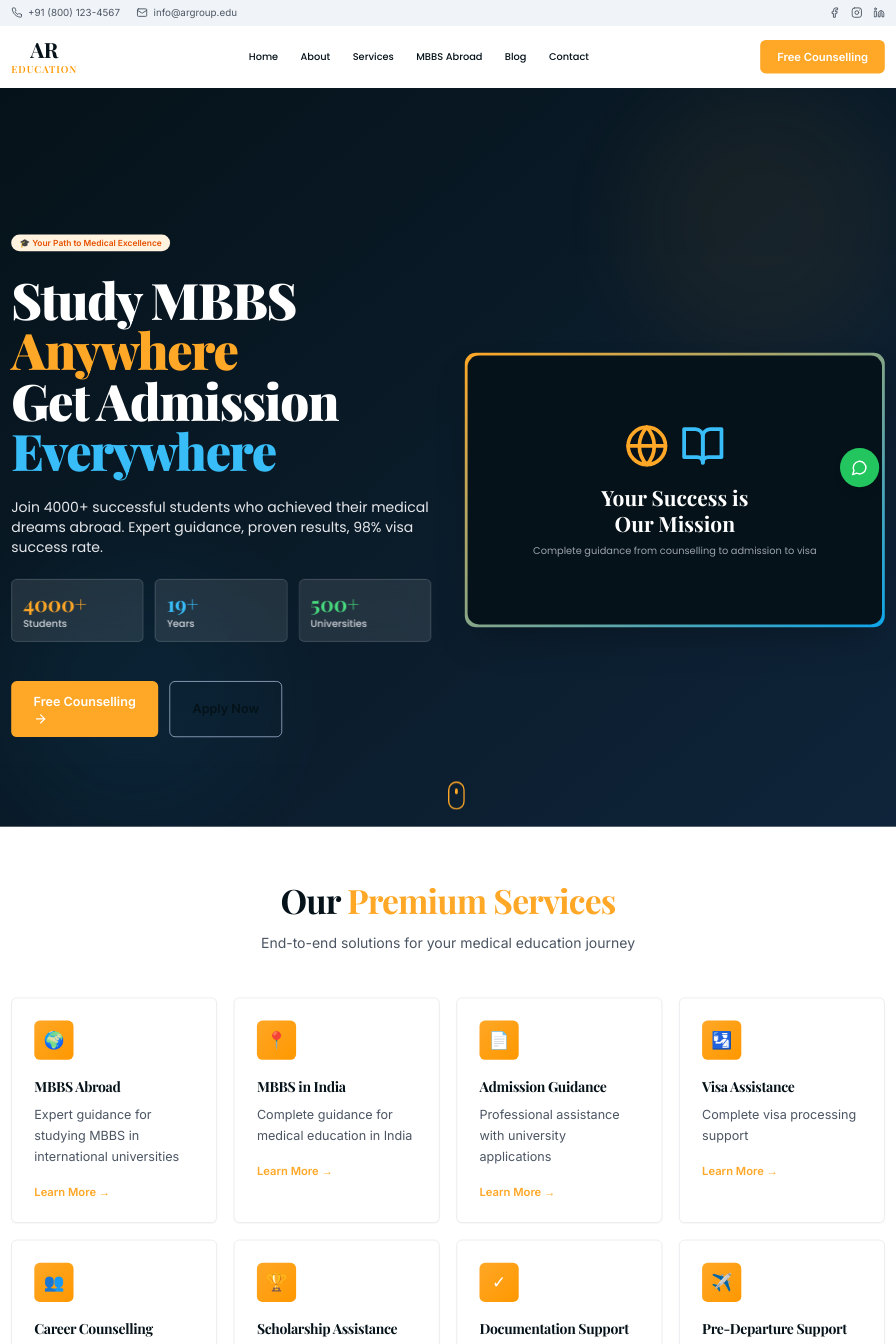
Repository: argroupads-eduction/argroup-education
Page: / (app in apps/frontend/)
An editor plug-in stored every save of this project. The page is shown before and after the next save, followed by the edit.
The browser window is 1280 px wide. The pictures show the part of the page from y = 0 to 1920 px (the page is 7977 px tall), at 70% of full size.
The page's requests for data from a server got no answer. The project was rebuilt for these pictures with package versions that can differ from the ones it lists, and the page was loaded fresh each time. The framework's server and built-in components were replaced by stand-ins that run in the browser. No one was signed in, and anything a server would have sent is missing. Also part of the build but not shown: apps/frontend/next.config.js, apps/frontend/components/ui/Alert.tsx.

Above is the page before, as saved 2026-05-12 11:42:58.

### apps/frontend/app/layout.tsx
import type { Metadata } from 'next';
import { Inter, Playfair_Display, Poppins } from 'next/font/google';
import { Navbar } from '@/components/common/Navbar';
import { Footer } from '@/components/common/Footer';
import '@/styles/globals.css';

// Font imports
const inter = Inter({
  subsets: ['latin'],
  display: 'swap',
  variable: '--font-inter',
  weight: ['400', '500', '600', '700'],
});

const playfair = Playfair_Display({
  subsets: ['latin'],
  display: 'swap',
  variable: '--font-playfair',
  weight: ['400', '500', '600', '700', '800', '900'],
});

const poppins = Poppins({
  subsets: ['latin'],
  display: 'swap',
  variable: '--font-poppins',
  weight: ['400', '500', '600', '700', '800'],
});

export const metadata: Metadata = {
  metadataBase: new URL(process.env.NEXT_PUBLIC_SITE_URL || 'https://argroup.edu'),
  title: {
    default: 'AR Group of Education | Medical Education Consultancy',
    template: '%s | AR Group of Education',
  },
  description:
    'Premium educational consultancy for MBBS abroad. Expert guidance, 4000+ successful students, 500+ universities, 98% visa success rate.',
  keywords: [
    'MBBS abroad',
    'medical education',
    'study abroad',
    'NEET guidance',
    'university admission',
  ],
  authors: [{ name: 'AR Group of Education' }],
  creator: 'AR Group of Education',
  openGraph: {
    type: 'website',
    locale: 'en_IN',
    url: process.env.NEXT_PUBLIC_SITE_URL || 'https://argroup.edu',
    siteName: 'AR Group of Education',
  },
  robots: {
    index: true,
    follow: true,
    googleBot: {
      index: true,
      follow: true,
      'max-video-preview': -1,
      'max-image-preview': 'large',
      'max-snippet': -1,
    },
  },
};

export default function RootLayout({
  children,
}: {
  children: React.ReactNode;
}) {
  return (
    <html lang="en" className={`${inter.variable} ${playfair.variable} ${poppins.variable}`}>
      <head>
        <meta charSet="utf-8" />
        <meta name="viewport" content="width=device-width, initial-scale=1" />
        <meta name="theme-color" content="#1a365d" />
        <link rel="icon" href="/favicon.ico" />
      </head>
      <body className={inter.className}>
        <Navbar />
        <main>{children}</main>
        <Footer />
      </body>
    </html>
  );
}

### apps/frontend/app/page.tsx
export { metadata } from './(marketing)/home/page';
export { default } from './(marketing)/home/page';

### apps/frontend/app/(marketing)/home/page.tsx
import { Metadata } from 'next';
import { HeroSection } from '@/sections/home/HeroSection';
import { ServicesSection } from '@/sections/home/ServicesSection';
import { CountriesSection } from '@/sections/home/CountriesSection';
import { CounsellingFormSection } from '@/sections/home/CounsellingFormSection';
import { AchievementsSection } from '@/sections/home/AchievementsSection';
import { TestimonialsSection } from '@/sections/home/TestimonialsSection';
import { FAQSection } from '@/sections/home/FAQSection';

export const metadata: Metadata = {
  title: 'Home - Medical Education Consultancy',
  description:
    'Join 4000+ students who achieved their MBBS dreams abroad. Expert guidance, 500+ universities, 98% visa success rate.',
  openGraph: {
    title: 'AR Group of Education | MBBS Abroad Consultancy',
    description:
      'Premium educational consultancy for medical education abroad. Expert guidance for MBBS admission and visa.',
  },
};

export default function HomePage() {
  return (
    <>
      <HeroSection />
      <ServicesSection />
      <CountriesSection />
      <CounsellingFormSection />
      <AchievementsSection />
      <TestimonialsSection />
      <FAQSection />
    </>
  );
}

### apps/frontend/lib/constants.ts
// Site Constants
export const SITE_NAME = 'AR Group of Education';
export const SITE_DESCRIPTION = 'Premium educational consultancy platform for medical education abroad';
export const SITE_URL = process.env.NEXT_PUBLIC_SITE_URL || 'https://argroup.edu';
export const API_URL = process.env.NEXT_PUBLIC_API_URL || 'http://localhost:3001';

// Brand Colors
export const COLORS = {
  navy: '#1a365d',
  gold: '#ff9800',
  sky: '#0ea5e9',
  white: '#ffffff',
  lightGray: '#f3f4f6',
  darkGray: '#6b7280',
} as const;

// Navigation Links
export const NAV_LINKS = [
  { label: 'Home', href: '/' },
  { label: 'About', href: '/about' },
  { label: 'Services', href: '/services' },
  { label: 'MBBS Abroad', href: '/countries' },
  { label: 'Blog', href: '/blog' },
  { label: 'Contact', href: '/contact' },
] as const;

// Countries Data
export const FEATURED_COUNTRIES = [
  {
    name: 'Russia',
    slug: 'russia',
    description: 'World-class medical education with high fees affordable',
    benefits: ['WHO approved', '6 years duration', 'Low fees'],
  },
  {
    name: 'Georgia',
    slug: 'georgia',
    description: 'Modern curriculum in Eastern Europe',
    benefits: ['English medium', 'Affordable fees', 'European standard'],
  },
  {
    name: 'Kazakhstan',
    slug: 'kazakhstan',
    description: 'Prestigious universities with excellent placement',
    benefits: ['Quality education', 'Low fees', 'Good placement'],
  },
  {
    name: 'Kyrgyzstan',
    slug: 'kyrgyzstan',
    description: 'Budget-friendly option in Central Asia',
    benefits: ['Most affordable', 'Good universities', 'Easy admission'],
  },
  {
    name: 'Bangladesh',
    slug: 'bangladesh',
    description: 'Education close to home with quality standards',
    benefits: ['Same region', 'Quality education', 'Known universities'],
  },
  {
    name: 'Nepal',
    slug: 'nepal',
    description: 'Neighboring country with excellent medical colleges',
    benefits: ['Nearby location', 'Quality education', 'Lower fees'],
  },
  {
    name: 'Uzbekistan',
    slug: 'uzbekistan',
    description: 'Emerging medical hub in Central Asia',
    benefits: ['Modern infrastructure', 'Quality teaching', 'Affordable'],
  },
  {
    name: 'Egypt',
    slug: 'egypt',
    description: 'Ancient medical tradition with modern standards',
    benefits: ['International recognition', 'Good placement', 'Affordable'],
  },
  {
    name: 'China',
    slug: 'china',
    description: 'Advanced medical science education',
    benefits: ['Top universities', 'Advanced research', 'Global recognition'],
  },
] as const;

// Services
export const SERVICES = [
  {
    id: 'mbbs-abroad',
    title: 'MBBS Abroad',
    description: 'Expert guidance for studying MBBS in international universities',
    icon: 'Globe',
  },
  {
    id: 'mbbs-india',
    title: 'MBBS in India',
    description: 'Complete guidance for medical education in India',
    icon: 'MapPin',
  },
  {
    id: 'admission',
    title: 'Admission Guidance',
    description: 'Professional assistance with university applications',
    icon: 'FileText',
  },
  {
    id: 'visa',
    title: 'Visa Assistance',
    description: 'Complete visa processing support',
    icon: 'Passport',
  },
  {
    id: 'counselling',
    title: 'Career Counselling',
    description: 'Expert career guidance and planning',
    icon: 'Users',
  },
  {
    id: 'scholarship',
    title: 'Scholarship Assistance',
    description: 'Help securing scholarships and financial aid',
    icon: 'Award',
  },
  {
    id: 'documentation',
    title: 'Documentation Support',
    description: 'Document preparation and verification',
    icon: 'CheckCircle',
  },
  {
    id: 'predeparture',
    title: 'Pre-Departure Support',
    description: 'Essential guidance before your journey',
    icon: 'Plane',
  },
] as const;

// Statistics
export const STATISTICS = [
  { label: 'Students Guided', value: '4000+', icon: 'Users' },
  { label: 'Years of Experience', value: '19+', icon: 'Award' },
  { label: 'Universities Partnered', value: '500+', icon: 'Building2' },
  { label: 'Visa Success Rate', value: '98%', icon: 'TrendingUp' },
] as const;

// FAQ Data
export const FAQ_DATA = [
  {
    question: 'What is the eligibility for MBBS abroad?',
    answer:
      'You need to have passed 12th with Physics, Chemistry, and Biology. NEET scores are typically required for most countries. Specific requirements vary by country and university.',
  },
  {
    question: 'What is the total cost of MBBS abroad?',
    answer:
      'Total cost varies by country. Russia: 25-35 lakhs, Georgia: 20-30 lakhs, Kazakhstan: 15-25 lakhs. This includes tuition, accommodation, and living expenses.',
  },
  {
    question: 'How long is the MBBS course?',
    answer:
      'Most international MBBS programs are 6 years, including 1 year internship. Some universities offer 5.5 years programs.',
  },
  {
    question: 'Is NEET required for MBBS abroad?',
    answer:
      'NEET is required for most countries. Some universities may accept alternative qualifications. We guide you through country-specific requirements.',
  },
  {
    question: 'What about placement after completing MBBS?',
    answer:
      'Graduates can practice in India after obtaining NMC certification. Many also practice in their university country or other nations depending on licensing requirements.',
  },
  {
    question: 'How do I get a student visa?',
    answer:
      'We handle complete visa processing including document preparation, application submission, and visa interview coaching. Our success rate is 98%.',
  },
] as const;

// Social Links
export const SOCIAL_LINKS = [
  { platform: 'facebook', url: 'https://facebook.com/argroupedu' },
  { platform: 'instagram', url: 'https://instagram.com/argroupedu' },
  { platform: 'youtube', url: 'https://youtube.com/@argroupedu' },
  { platform: 'linkedin', url: 'https://linkedin.com/company/argroupedu' },
  { platform: 'twitter', url: 'https://twitter.com/argroupedu' },
  { platform: 'whatsapp', url: 'https://wa.me/919999999999' },
] as const;

// Contact Info
export const CONTACT_INFO = {
  phone: '+91 (800) 123-4567',
  email: 'info@argroup.edu',
  address: 'New Delhi, India',
  hours: 'Monday - Friday: 9:00 AM - 6:00 PM IST',
} as const;

// SEO Keywords
export const SEO_KEYWORDS = {
  global: ['MBBS abroad', 'medical education', 'consultancy', 'university admission'],
  home: ['MBBS', 'study abroad', 'medical college', 'education consultancy'],
  blog: ['medical education', 'MBBS tips', 'study abroad guide'],
} as const;

// Cache Durations (in seconds)
export const CACHE_DURATIONS = {
  SHORT: 60,
  MEDIUM: 300,
  LONG: 3600,
  VERY_LONG: 86400,
} as const;

### apps/frontend/components/ui/Button.tsx
'use client';

import React, { ButtonHTMLAttributes } from 'react';

interface ButtonProps extends ButtonHTMLAttributes<HTMLButtonElement> {
  variant?: 'primary' | 'secondary' | 'ghost' | 'navy';
  size?: 'sm' | 'md' | 'lg';
  isLoading?: boolean;
  children: React.ReactNode;
}

export const Button = React.forwardRef<HTMLButtonElement, ButtonProps>(
  (
    {
      variant = 'primary',
      size = 'md',
      isLoading,
      children,
      disabled,
      className = '',
      ...props
    },
    ref
  ) => {
    const baseStyles = 'font-semibold transition-all duration-200 rounded-lg';

    const variantStyles = {
      primary: 'bg-gold-500 text-white hover:bg-gold-600 active:bg-gold-700',
      secondary: 'border border-navy-200 text-navy-900 hover:bg-navy-50',
      ghost: 'text-navy-900 hover:bg-navy-50',
      navy: 'bg-navy-500 text-white hover:bg-navy-600',
    };

    const sizeStyles = {
      sm: 'px-4 py-2 text-sm',
      md: 'px-6 py-3 text-base',
      lg: 'px-8 py-4 text-lg',
    };

    return (
      <button
        ref={ref}
        disabled={disabled || isLoading}
        className={`${baseStyles} ${variantStyles[variant]} ${sizeStyles[size]} disabled:opacity-50 disabled:cursor-not-allowed ${className}`}
        {...props}
      >
        {isLoading ? (
          <span className="flex items-center gap-2">
            <span className="inline-block h-4 w-4 animate-spin rounded-full border-2 border-current border-r-transparent" />
            Loading...
          </span>
        ) : (
          children
        )}
      </button>
    );
  }
);

Button.displayName = 'Button';

### apps/frontend/components/ui/Input.tsx
'use client';

import { InputHTMLAttributes, forwardRef } from 'react';

interface InputProps extends InputHTMLAttributes<HTMLInputElement> {
  label?: string;
  error?: string;
  helperText?: string;
}

export const Input = forwardRef<HTMLInputElement, InputProps>(
  ({ label, error, helperText, className = '', ...props }, ref) => {
    return (
      <div className="w-full">
        {label && (
          <label className="block text-sm font-semibold text-navy-900 mb-2">
            {label}
          </label>
        )}
        <input
          ref={ref}
          className={`w-full px-4 py-3 rounded-lg border transition-all duration-200
            ${error ? 'border-red-500' : 'border-gray-300'}
            focus:outline-none focus:ring-2 focus:ring-gold-500 focus:border-transparent
            placeholder:text-gray-400
            ${className}`}
          {...props}
        />
        {error && <p className="text-red-500 text-sm mt-2">{error}</p>}
        {helperText && <p className="text-gray-500 text-sm mt-2">{helperText}</p>}
      </div>
    );
  }
);

Input.displayName = 'Input';

### apps/frontend/components/ui/Badge.tsx
'use client';

import { motion } from 'framer-motion';

interface BadgeProps {
  children: React.ReactNode;
  variant?: 'primary' | 'secondary' | 'gold';
  className?: string;
}

export const Badge = ({
  children,
  variant = 'primary',
  className = '',
}: BadgeProps) => {
  const variants = {
    primary: 'bg-sky-100 text-sky-800',
    secondary: 'bg-gray-100 text-gray-800',
    gold: 'bg-gold-100 text-gold-800',
  };

  return (
    <motion.span
      className={`inline-flex items-center px-3 py-1 rounded-full text-xs font-semibold ${variants[variant]} ${className}`}
      initial={{ opacity: 0, scale: 0.95 }}
      animate={{ opacity: 1, scale: 1 }}
      transition={{ duration: 0.2 }}
    >
      {children}
    </motion.span>
  );
};

### apps/frontend/components/ui/CounterCard.tsx
'use client';

import { motion } from 'framer-motion';
import Image from 'next/image';

interface CounterProps {
  label: string;
  value: string;
  icon?: string;
}

export const CounterCard = ({ label, value, icon }: CounterProps) => {
  return (
    <motion.div
      className="text-center"
      initial={{ opacity: 0, y: 20 }}
      whileInView={{ opacity: 1, y: 0 }}
      transition={{ duration: 0.6 }}
      viewport={{ once: true }}
    >
      <motion.div
        className="text-4xl md:text-5xl font-bold text-gold-500 mb-2"
        initial={{ count: 0 }}
        whileInView={{ count: parseInt(value) }}
        transition={{ duration: 2, ease: 'easeOut' }}
      >
        {value}
      </motion.div>
      <p className="text-gray-600 text-sm md:text-base">{label}</p>
    </motion.div>
  );
};

### apps/frontend/components/ui/Card.tsx
'use client';

import { motion } from 'framer-motion';

interface CardProps {
  children: React.ReactNode;
  className?: string;
  hover?: boolean;
  glass?: boolean;
}

export const Card = ({
  children,
  className = '',
  hover = true,
  glass = false,
}: CardProps) => {
  const baseClasses = 'rounded-lg p-6';
  const glassClasses = glass
    ? 'bg-white bg-opacity-10 backdrop-blur-xl border border-white border-opacity-10 shadow-glass'
    : 'bg-white border border-gray-200 shadow-elevation-1';
  const hoverClasses = hover ? 'transition-all hover:shadow-elevation-2' : '';

  return (
    <motion.div
      className={`${baseClasses} ${glassClasses} ${hoverClasses} ${className}`}
      whileHover={hover ? { y: -4 } : {}}
      transition={{ duration: 0.2 }}
    >
      {children}
    </motion.div>
  );
};

### apps/frontend/components/ui/Select.tsx
'use client';

import { SelectHTMLAttributes, forwardRef } from 'react';

interface Option {
  value: string;
  label: string;
}

interface SelectProps extends SelectHTMLAttributes<HTMLSelectElement> {
  label?: string;
  error?: string;
  options: Option[];
  placeholder?: string;
}

export const Select = forwardRef<HTMLSelectElement, SelectProps>(
  ({ label, error, options, placeholder, className = '', ...props }, ref) => {
    return (
      <div className="w-full">
        {label && (
          <label className="block text-sm font-semibold text-navy-900 mb-2">
            {label}
          </label>
        )}
        <select
          ref={ref}
          className={`w-full px-4 py-3 rounded-lg border transition-all duration-200 appearance-none cursor-pointer
            ${error ? 'border-red-500' : 'border-gray-300'}
            focus:outline-none focus:ring-2 focus:ring-gold-500 focus:border-transparent
            bg-white
            ${className}`}
          {...props}
        >
          {placeholder && <option value="">{placeholder}</option>}
          {options.map((option) => (
            <option key={option.value} value={option.value}>
              {option.label}
            </option>
          ))}
        </select>
        {error && <p className="text-red-500 text-sm mt-2">{error}</p>}
      </div>
    );
  }
);

Select.displayName = 'Select';

Loaded but not shown: apps/frontend/tailwind.config.js (122 lines, source omitted); apps/frontend/styles/globals.css (386 lines, source omitted); apps/frontend/components/common/Footer.tsx (178 lines, source omitted); apps/frontend/sections/home/HeroSection.tsx (146 lines, source omitted); apps/frontend/components/common/Navbar.tsx (164 lines, source omitted); apps/frontend/sections/home/CountriesSection.tsx (128 lines, source omitted); apps/frontend/components/forms/CounsellingForm.tsx (151 lines, source omitted); apps/frontend/services/api.ts (177 lines, source omitted); apps/frontend/sections/home/TestimonialsSection.tsx (119 lines, source omitted); apps/frontend/hooks/index.ts (155 lines, source omitted); apps/frontend/sections/home/ServicesSection.tsx (99 lines, source omitted); apps/frontend/sections/home/AchievementsSection.tsx (97 lines, source omitted); apps/frontend/sections/home/FAQSection.tsx (67 lines, source omitted); apps/frontend/components/ui/Accordion.tsx (62 lines, source omitted); apps/frontend/sections/home/CounsellingFormSection.tsx (49 lines, source omitted)

After the next save:
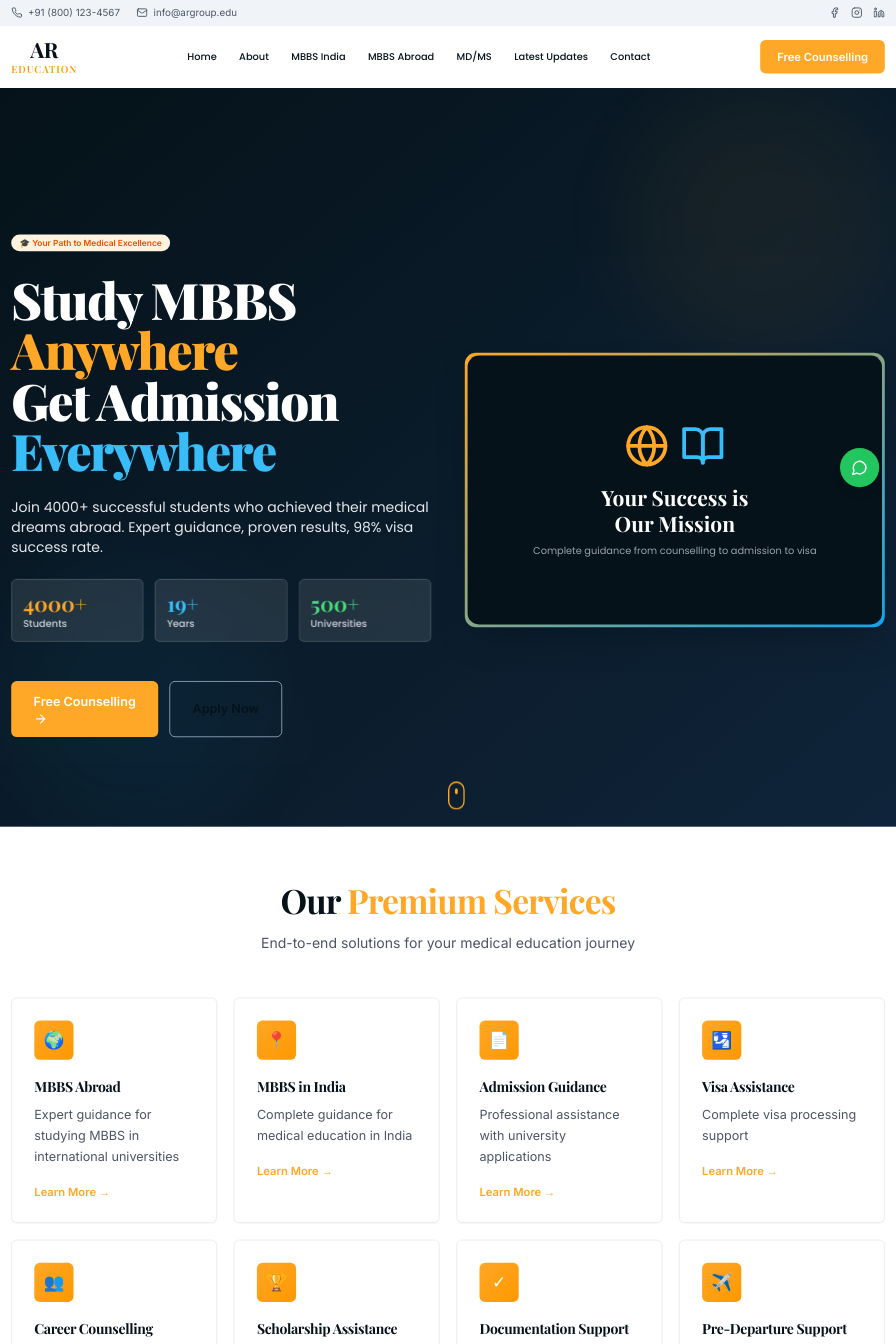
Saved 10 min 46 s later.
--- a/apps/frontend/lib/constants.ts
+++ b/apps/frontend/lib/constants.ts
@@ -14,14 +14,86 @@ export const COLORS = {
   darkGray: '#6b7280',
 } as const;
 
-// Navigation Links
+// Navigation Links with Dropdowns
 export const NAV_LINKS = [
-  { label: 'Home', href: '/' },
-  { label: 'About', href: '/about' },
-  { label: 'Services', href: '/services' },
-  { label: 'MBBS Abroad', href: '/countries' },
-  { label: 'Blog', href: '/blog' },
-  { label: 'Contact', href: '/contact' },
+  { label: 'Home', href: '/', type: 'link' },
+  { label: 'About', href: '/about', type: 'link' },
+  {
+    label: 'MBBS India',
+    href: '/mbbs-india',
+    type: 'dropdown',
+    submenu: [
+      { label: 'MBBS in UP', href: '/mbbs-india/up' },
+      { label: 'MBBS in Haryana', href: '/mbbs-india/haryana' },
+      { label: 'MBBS in Rajasthan', href: '/mbbs-india/rajasthan' },
+      { label: 'MBBS in Maharashtra', href: '/mbbs-india/maharashtra' },
+      { label: 'MBBS in Karnataka', href: '/mbbs-india/karnataka' },
+      { label: 'MBBS in MP', href: '/mbbs-india/mp' },
+      { label: 'MBBS in Bihar', href: '/mbbs-india/bihar' },
+      { label: 'MBBS in Uttarakhand', href: '/mbbs-india/uttarakhand' },
+      { label: 'MBBS in Himachal Pradesh', href: '/mbbs-india/himachal-pradesh' },
+      { label: 'MBBS in Delhi', href: '/mbbs-india/delhi' },
+      { label: 'MBBS in Chhattisgarh', href: '/mbbs-india/chhattisgarh' },
+      { label: 'MBBS in Jharkhand', href: '/mbbs-india/jharkhand' },
+      { label: 'MBBS in Sikkim', href: '/mbbs-india/sikkim' },
+      { label: 'MBBS in Pondicherry', href: '/mbbs-india/pondicherry' },
+      { label: 'MBBS in Kerala', href: '/mbbs-india/kerala' },
+      { label: 'MBBS in West Bengal', href: '/mbbs-india/west-bengal' },
+      { label: 'MBBS in Tamil Nadu', href: '/mbbs-india/tamil-nadu' },
+    ],
+  },
+  {
+    label: 'MBBS Abroad',
+    href: '/mbbs-abroad',
+    type: 'dropdown',
+    submenu: [
+      { label: 'MBBS in Russia', href: '/mbbs-abroad/russia' },
+      { label: 'MBBS in Nepal', href: '/mbbs-abroad/nepal' },
+      { label: 'MBBS in Bangladesh', href: '/mbbs-abroad/bangladesh' },
+      { label: 'MBBS in Uzbekistan', href: '/mbbs-abroad/uzbekistan' },
+      { label: 'MBBS in Kazakhstan', href: '/mbbs-abroad/kazakhstan' },
+      { label: 'MBBS in Serbia', href: '/mbbs-abroad/serbia' },
+      { label: 'MBBS in Iran', href: '/mbbs-abroad/iran' },
+      { label: 'MBBS in Bosnia', href: '/mbbs-abroad/bosnia' },
+      { label: 'MBBS in Egypt', href: '/mbbs-abroad/egypt' },
+      { label: 'MBBS in Vietnam', href: '/mbbs-abroad/vietnam' },
+      { label: 'MBBS in Kyrgyzstan', href: '/mbbs-abroad/kyrgyzstan' },
+      { label: 'MBBS in Philippines', href: '/mbbs-abroad/philippines' },
+      { label: 'MBBS in Georgia', href: '/mbbs-abroad/georgia' },
+      { label: 'MBBS in China', href: '/mbbs-abroad/china' },
+      { label: 'MBBS in Romania', href: '/mbbs-abroad/romania' },
+      { label: 'MBBS in Asia', href: '/mbbs-abroad/asia' },
+    ],
+  },
+  {
+    label: 'MD/MS',
+    href: '/md-ms',
+    type: 'dropdown',
+    submenu: [
+      { label: 'MD/MS in UP', href: '/md-ms/up' },
+      { label: 'MD/MS in Karnataka', href: '/md-ms/karnataka' },
+      { label: 'MD/MS in Haryana', href: '/md-ms/haryana' },
+      { label: 'MD/MS in Madhya Pradesh', href: '/md-ms/madhya-pradesh' },
+      { label: 'MD/MS in Chhattisgarh', href: '/md-ms/chhattisgarh' },
+      { label: 'MD/MS in Rajasthan', href: '/md-ms/rajasthan' },
+      { label: 'MD/MS in Maharashtra', href: '/md-ms/maharashtra' },
+      { label: 'MD/MS in Uttrakhand', href: '/md-ms/uttrakhand' },
+      { label: 'MD/MS in Tamil Nadu', href: '/md-ms/tamil-nadu' },
+    ],
+  },
+  {
+    label: 'Latest Updates',
+    href: '/updates',
+    type: 'dropdown',
+    submenu: [
+      { label: 'MBBS', href: '/updates/mbbs' },
+      { label: 'BAMS in India', href: '/updates/bams' },
+      { label: 'NEET', href: '/updates/neet' },
+      { label: 'Blog', href: '/blog' },
+      { label: 'Education consultancy in Delhi NCR', href: '/updates/delhi-ncr' },
+    ],
+  },
+  { label: 'Contact', href: '/contact', type: 'link' },
 ] as const;
 
 // Countries Data
